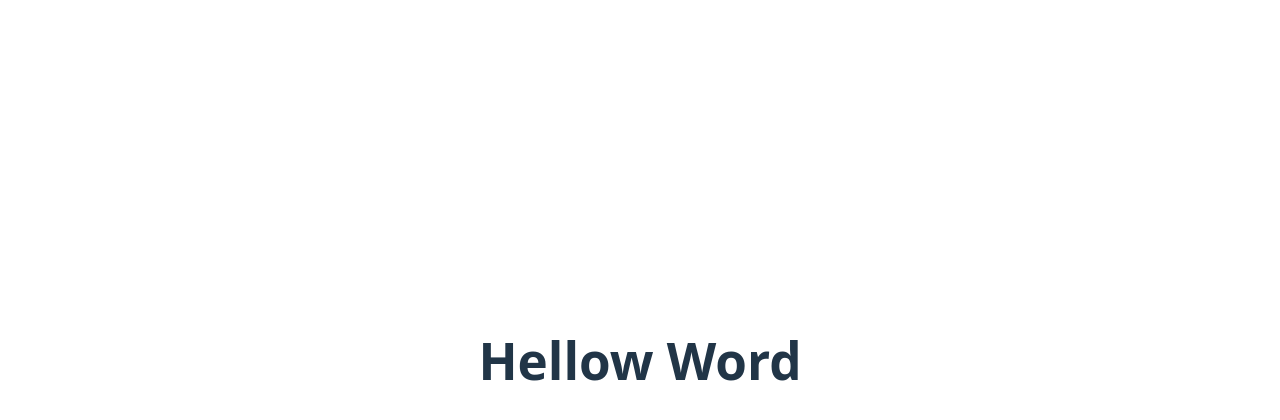
Repository: bellincanta/ReactNative
Page: / (app in Projetos/aulaReact/)
An editor plug-in stored every save of this project. The page is shown before and after the next save, followed by the edit.
The browser window is 1280 px wide. The pictures show the whole page.
The project was rebuilt for these pictures with package versions that can differ from the ones it lists, and the page was loaded fresh each time. Also part of the build but not shown: Projetos/aulaReact/vite.config.ts.

Above is the page before, as saved 2025-06-05 14:56:18.

### Projetos/aulaReact/src/App.tsx

import './App.css'

function App() {
  return (
    <>
      <div>
       <h1>Hellow Word</h1>
      </div>
    </>
  )
}

export default App

Loaded but not shown: Projetos/aulaReact/index.html (common file); Projetos/aulaReact/src/main.tsx (common file); Projetos/aulaReact/src/index.css (common file); Projetos/aulaReact/src/App.css (common file)

After the next save:
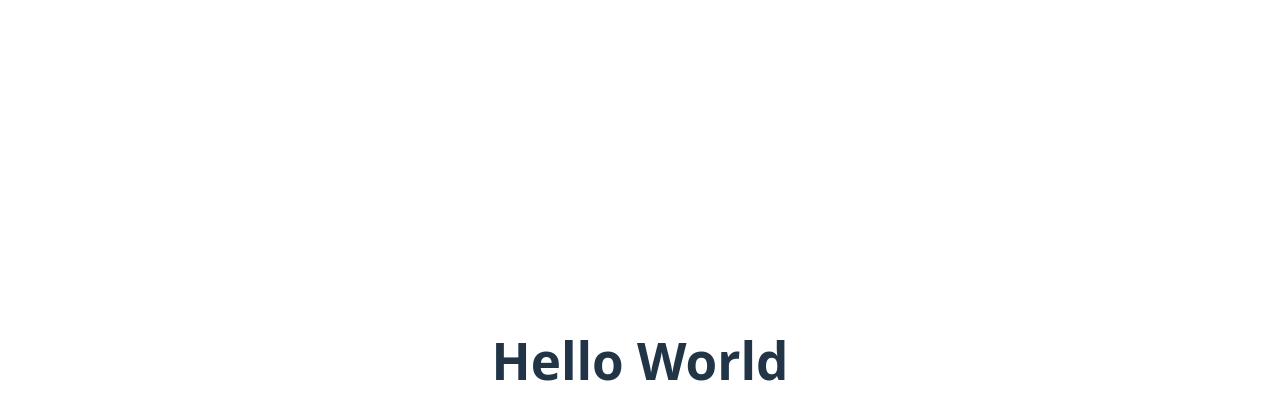
Saved 81 s later.
--- a/Projetos/aulaReact/src/App.tsx
+++ b/Projetos/aulaReact/src/App.tsx
@@ -5,7 +5,7 @@ function App() {
   return (
     <>
       <div>
-       <h1>Hellow Word</h1>
+       <h1>Hello World</h1>
       </div>
     </>
   )
